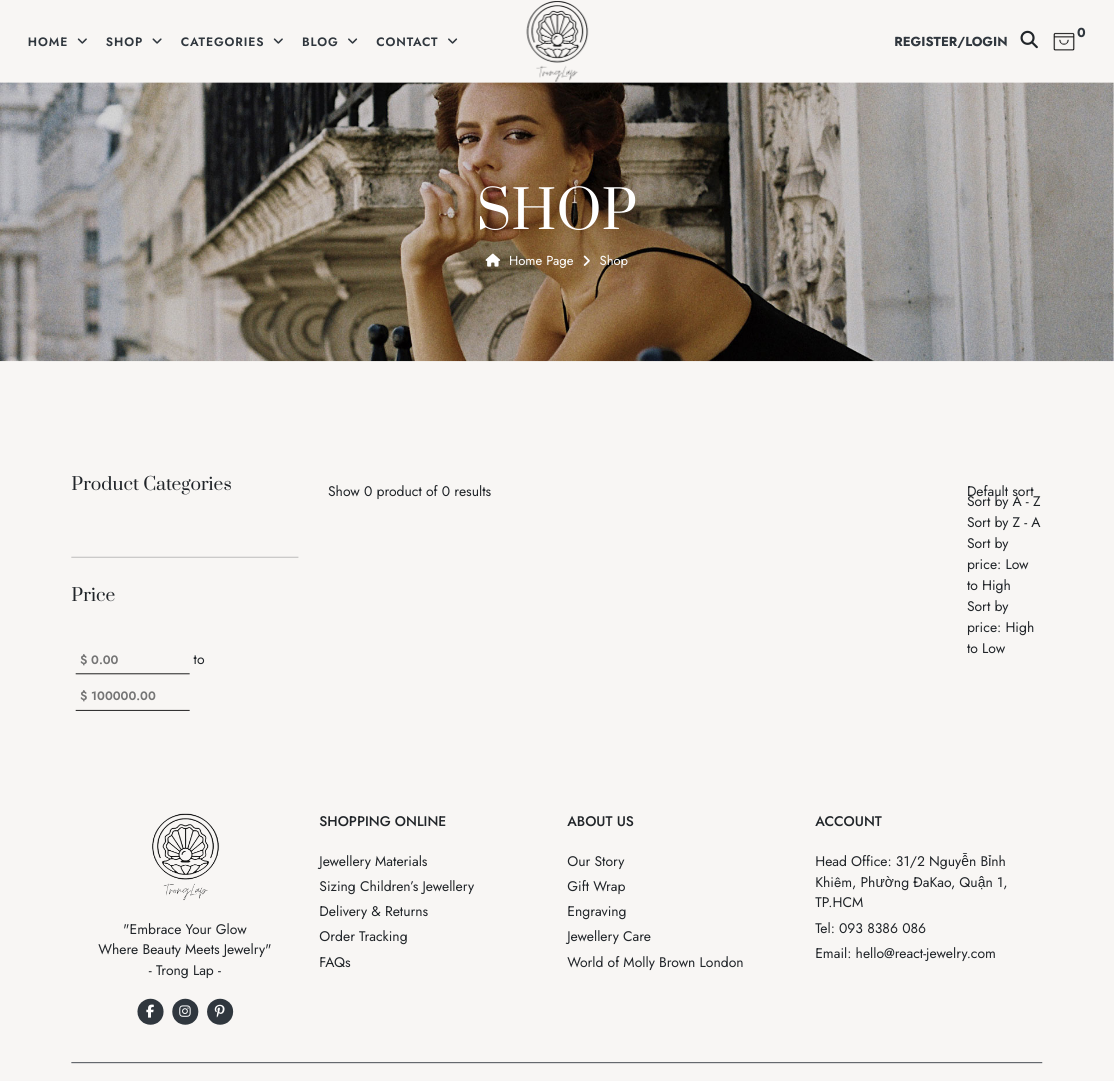
Repository: tronglap/react-jewelry
Page: /list-product
These files come from the project's save history. The page is drawn as it stood at one moment and after the next save; the edit follows.
The browser window is 1280 px wide. The pictures show the whole page, at 87% of full size.
The page's requests for data from a server got no answer. The project was rebuilt for these pictures with package versions that can differ from the ones it lists, and the page was loaded fresh each time. No one was signed in, and anything a server would have sent is missing. Also part of the build but not shown: src/component/Button/Button.css, src/component/Button/Button.js, src/component/SliderBar/SliderBar.css, src/component/SliderBar/SliderBar.js, src/component/Home/WWD/WWD.css, src/component/Home/WWD/WWD.js, src/component/Home/Home.css, src/component/Home/Categories/Categories.js and 14 more.

Above is the page before, as saved 2024-03-26 18:41:14.

After the next save:
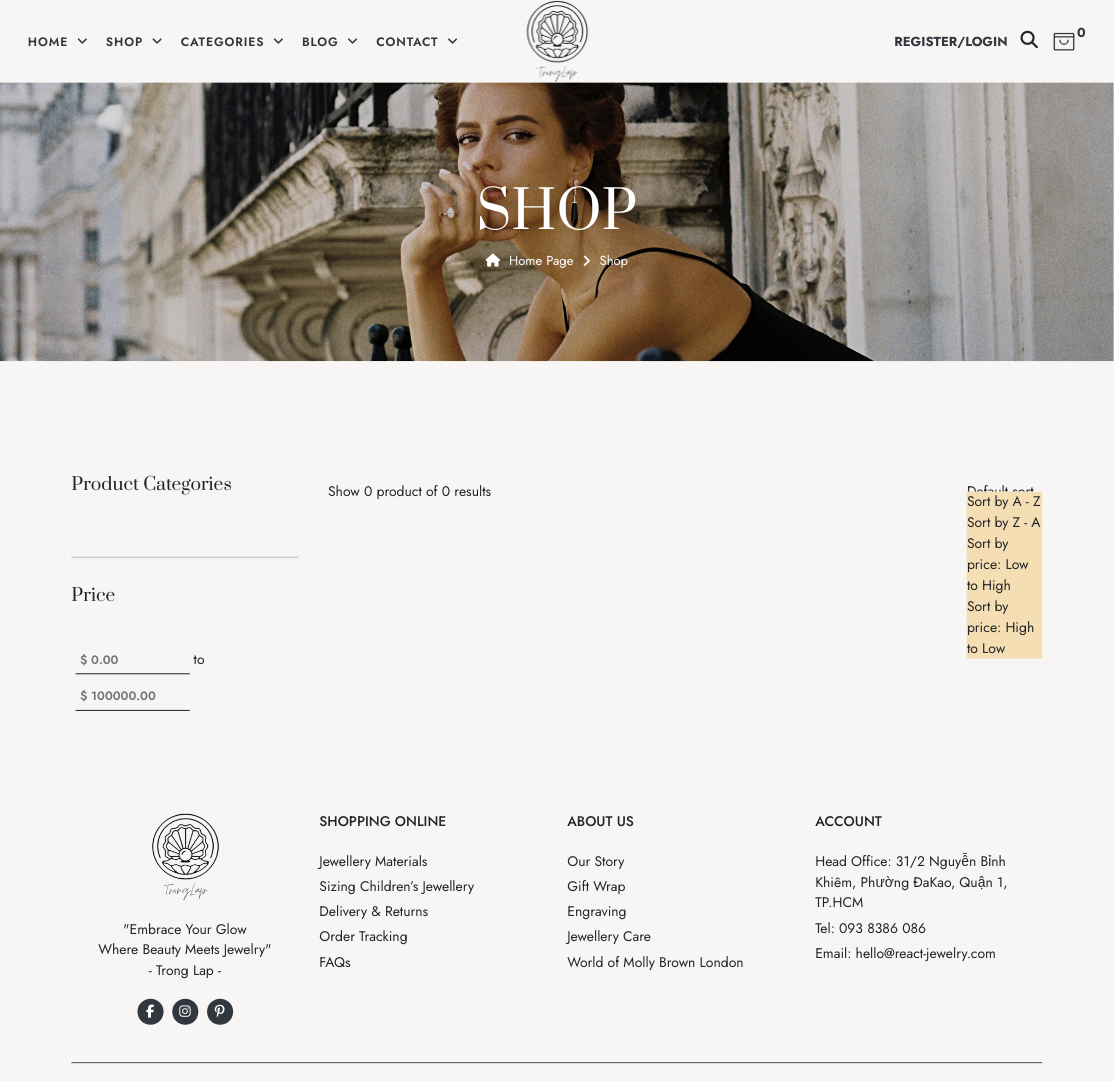
Saved 11 s later.
--- a/src/component/ListProduct/ListProduct.css
+++ b/src/component/ListProduct/ListProduct.css
@@ -88,6 +88,7 @@ input[type=number]::-webkit-inner-spin-button {
 }
 
 .ListProduct .box_product .sort .sorts {
+    background-color: wheat;
     top: 50%;
     position: absolute;
 }
